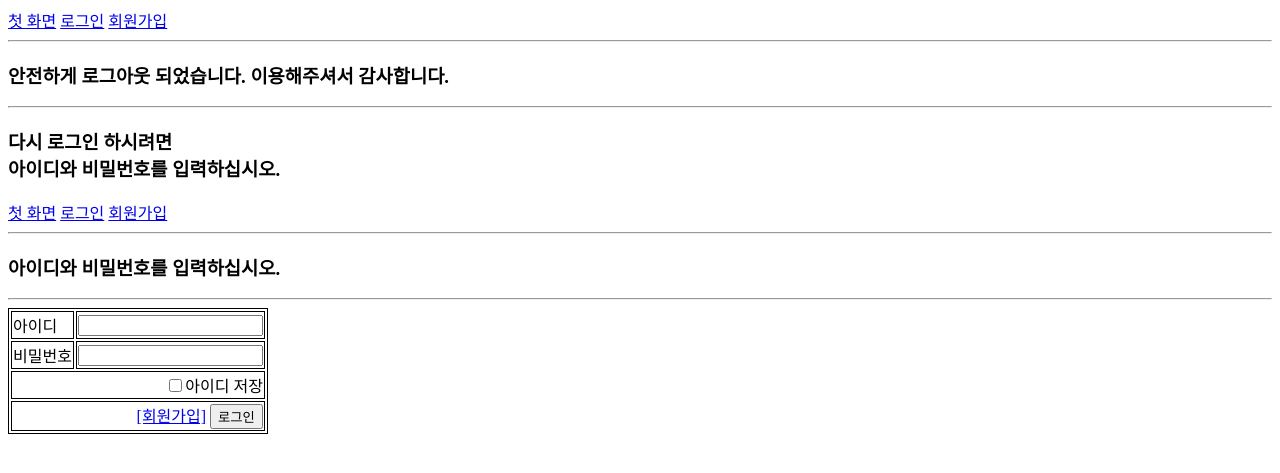
Repository: Gabintree/JDBC2019
Page: http://localhost/Oracle_20190522/logout.jsp
These files come from the project's save history. The page is drawn as it stood at one moment and after the next save; the edit follows.
The browser window is 1280 px wide. The pictures show the whole page.
The page is served by Tomcat 9.

Above is the page before, as saved 2019-05-23 03:26:46.

After the next save:
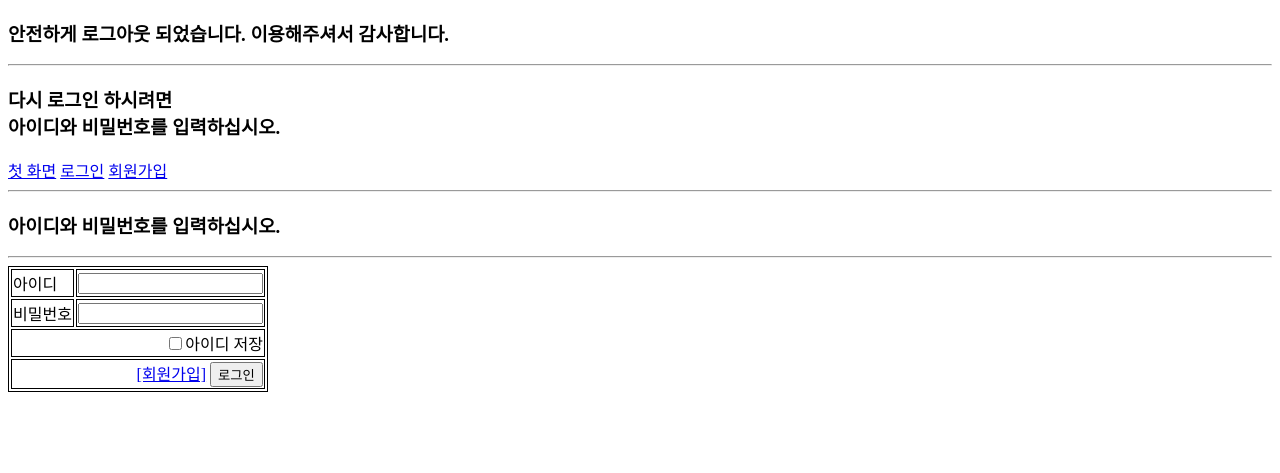
Saved 28 s later.
--- a/Oracle_20190522/WebContent/logout.jsp
+++ b/Oracle_20190522/WebContent/logout.jsp
@@ -7,10 +7,6 @@
 <title>메인 페이지</title>
 </head>
 <body>
-<a href = "index.jsp">첫 화면</a>
-<a href = "login.jsp">로그인</a>
-<a href = "join.jsp">회원가입</a>
-<hr>
 <h3>안전하게 로그아웃 되었습니다. 이용해주셔서 감사합니다.</h3>
 <hr>
 <h3>다시 로그인 하시려면<br>아이디와 비밀번호를 입력하십시오.</h3>
